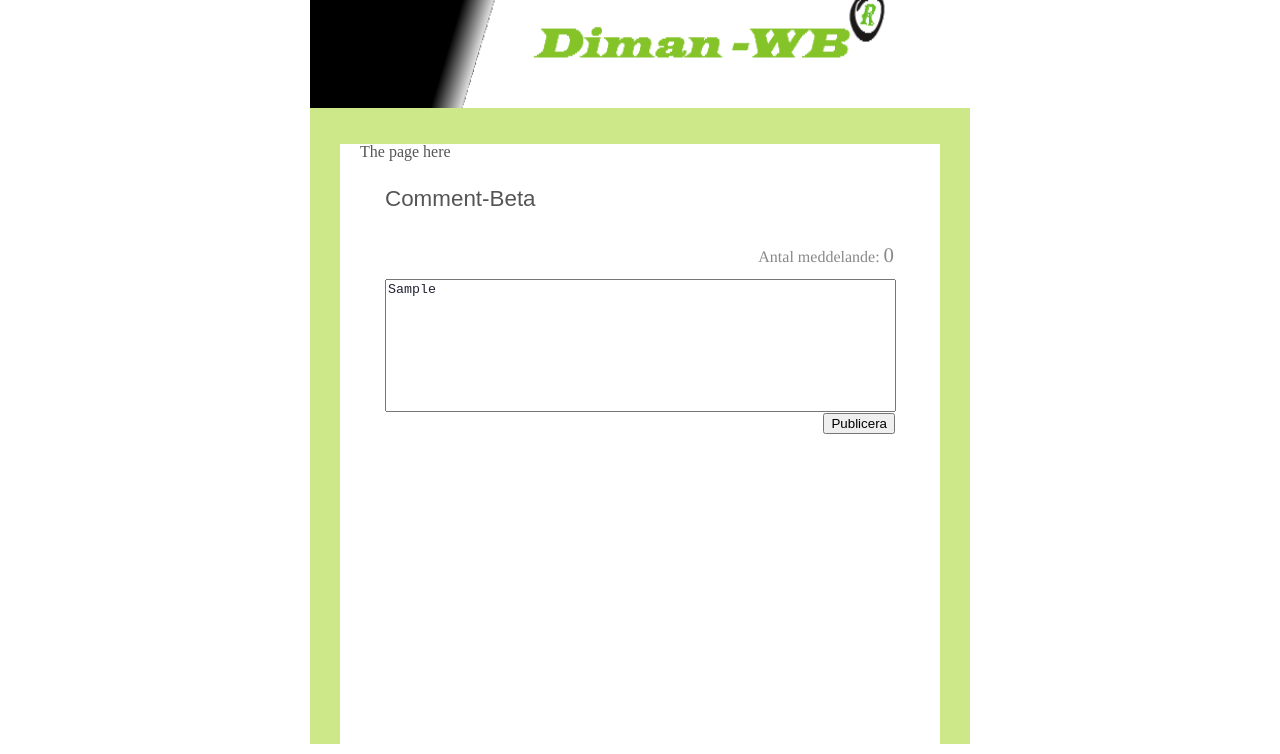
Repository: dn222em/1dv403-laborationer
Page: 2-labbymezzage/index.html
The author's editor kept a record of every edit. The page is drawn from the files as they stood at one moment, then again after the next edit.
The browser window is 1280 px wide. The pictures show the whole page.
Empty fields were first filled with sample values (such as "Sample", 5 or name@example.com).
After loading, the first visible `#publish-button` was clicked once.

Above is the page before.
Console error: TypeError: message.setId is not a function

### 2-labbymezzage/index.html
<!doctype html>
<html lang="sv">
<head>

        <meta charset="utf-8">
        <title>Labby mezzage</title>
        <link rel="stylesheet" href="style.css" />
        <script type="text/javascript" src="Message.js"></script>
        <script type="text/javascript" src="MessageBoard.js"></script>
</head>
<body>
    <div id="container">
        <header>
			<h1>Blogg</h1>
		</header>
    <main>
        <div id="page">
            The page here
             <div class="main-comment">
 <h3 class="comment-title">Comment-Beta</h3>
                <div id="comments-list" class="comments-list">
                     <ul id="comment-holder" class="comment-holder">
                     </ul>

                </div>

         </div>
    <p id="count-comments" class="count-comments">Antal meddelande: <code id="count-length" class="count-length">0</code></p>
         <div class="comment-box">
            <textarea  name="kommentar" id="comment-box"></textarea>
         </div>
         <div id="comment-publish-button">
             <input id="publish-button" type="button" name="submit" value="Publicera" />
         </div>
             </div>
    </main>
    </div>
</body>

</html>

### 2-labbymezzage/style.css
/*Reset-styleshhet
-----------------------------------------------------------------------------*/
/* http://meyerweb.com/eric/tools/css/reset/
   v2.0 | 20110126
   License: none (public domain)
*/

html, body, div, span, applet, object, iframe,
h1, h2, h3, h4, h5, h6, p, blockquote, pre,
a, abbr, acronym, address, big, cite, code,
del, dfn, em, img, ins, kbd, q, s, samp,
small, strike, strong, sub, sup, tt, var,
b, u, i, center,
dl, dt, dd, ol, ul, li,
fieldset, form, label, legend,
table, caption, tbody, tfoot, thead, tr, th, td,
article, aside, canvas, details, embed,
figure, figcaption, footer, header, hgroup,
menu, nav, output, ruby, section, summary,
time, mark, audio, video {
	margin: 0;
	padding: 0;
	border: 0;
	font-size: 100%;
	font: inherit;
	vertical-align: baseline;
}
 HTML5 display-role reset for older browsers
article, aside, details, figcaption, figure,
footer, header, hgroup, menu, nav, section {
	display: block;
}
body {
	line-height: 1;
}
ol, ul {
	list-style: none;
}
blockquote, q {
	quotes: none;
}
blockquote:before, blockquote:after,
q:before, q:after {
	content: '';
	content: none;
}
table {
	border-collapse: collapse;
	border-spacing: 0;
}
/*End of Reset - stylesheet
--------------------------------------------------------------------
/*CSS -Stylesheet
======================================================================================================*/
#container{
    width: 660px;
    height:auto;
	background-color:#cce889;/*#c2d8fc;*/
	margin:0 auto;
	padding:0;
	background-image:url("pics/20.png");
	background-repeat:no-repeat;
	background-size:660px 130px;
	margin-top:-22px;

}


h1{
	margin-bottom:50px;
}

/*body{
	background-color:#FFF;
}*/
main {

	background-color: #FFF;
	width: 600px;
	margin:10px auto 10px auto;
	height:600px;
	margin-top:150px;
}

.comment-paragraf{
	width:500px;
	margin:2px;
}
/*=======================================================p - total comments*/
.count-comments{
	font-size:1em;
	font-family:'Times';
	float:right;
	margin-right:26px;
	margin-bottom:-2px;
	color:#888;
}

.count-length{
	font-size:1.3em;

}

/*=========================================================page*/
#page{
	width:auto;
	height:auto;
	color:#555;
	margin:20px;
	border-bottom:1px solid #e1e1e1;
	border:none;

}

/*==========================================================comment area*/
.main-comment{
	margin:20px;
	width:auto;
	height:auto;
	color:#444;

}

.comment-title{
	height:45px;
	line-height:37px;
	font-size:1.4em;
	font-family:'Arial';
	margin:0 5px 0 5px;
	color:#555;

}

/*====================================================posted comments*/
.comments-list{
	font-size:1em;
	font-family:'Times';
	margin:10px 5px 10px 5px;
	color:#555;
	color:#766;

}

#comment-holder{
	list-style-type:none;
	margin:0px;
	padding:0px;
	width:auto;
	height:auto;
}


.comment-holder-li{
	list-style-type:none;
	margin:5px 0px 5px 0px;
 	border:1px solid black;/*#e1e1e1;*/
 	padding-left:5px;
 	padding-right:5px;
	background-color:#cce889;
	min-height:80px;
	display:block;


}

.comment-holder-li:hover{
	background-color:#FDB;
}

/*=======================================================date*/
.comment-date{
	float:right;
}

.writen-date{

	font-family:Arial;
	color:red;
	font-size:0.7em;
	float:right;
	position: relative;
	margin-right:18px;
	padding-top:10px;
	margin-top:-25px;

}


/*========================================================buttons*/

.comment-upp-buttons ul{
    margin: 10px;
    padding: 5px;

}

.comment-upp-buttons li{

   	width: 60px;
    display: inline;
    border:none;
	list-style-type: none;
	padding: 10px;


}

.date-button, .delete-button{
	width: 60px;
    display: inline;
	float:right;
	position: relative;
	width:24px;
	height:24px;
	top:-10px;
	cursor:pointer;


}

.date-button:hover{
	-webkit-transform: scale(1.2);
    -moz-transform: scale(1.2);
    transform: scale(1.2);
}
.date-button:active{
	-webkit-transform: scale(1);
    -moz-transform: scale(1);
    transform: scale(1);
}

.delete-button:hover{
	-webkit-transform: scale(1.2);
    -moz-transform: scale(1.2);
    transform: scale(1.2);
}
.delete-button:active{
	-webkit-transform: scale(1.0);
    -moz-transform: scale(1.0);
    transform: scale(1.0);
}


/*==================================================comments textarea*/
.comment-box{
	height:130px;
	width:auto;
	margin:5px;
	margin-right:20px;
	margin-left:25px;
	margin-top:55px;
	min-height:100px;


}

#comment-box{
	width:98%;
	color:#223;/*#272426;*/
	height:98%;
	position:relative;
	resize:none;
	margin-top:-1px;

}

#comment-box:hover{
	border:2px solid #279521;
}

#comment-publish-button{
	margin-top:-2px;
	float:right;
	margin-right:25px;

}
#publish-button{
	cursor:pointer;
}

### 2-labbymezzage/Message.js
"use strict";

/* Denna "klass" skapar vi Message-objekt utifrån.
 * Vi kapslar in privata variabler med getters och setters.
*/
    function Message (message, date, id){

        this.getText = function(){ return this.message; };
        this.setText = function(_message){
            if(typeof _message === "undefined" || _message.trim() ==="" ){
                console.log("Textarean är tom!");
            }
            this.message = _message;};

        this.getNewDate = function(){ return this.date;};
        this.setNewDate = function(_date){ this.date = _date;};

        /*this.getId = function (){return this.id;};
        this.setId = function(_id){ return this.id = _id;};*/
    }

    Message.prototype.toString = function (){
        return this.getText();// +"<br/>"+"<br/>" +" (" + this.getNewDate() + ") ";
    };

### 2-labbymezzage/MessageBoard.js
"use strict";

/* I denna fil körs vår applikation.
 * Vi använder window.onload för att starta applikationen när
 * fönstret laddat klart. *
 */

var MessageBoard = {

    messages : [],

    count: 0,

    init : function (){

    var publish = document.getElementById("publish-button");
    publish.onclick = MessageBoard.createMessage;

    var shiftEnterKey = document.getElementById("comment-box");
    shiftEnterKey.onkeypress = function ( e) {

        if(e.keyCode == 13 && !e.shiftKey) {
            MessageBoard.createMessage();
            return false;

        }
        else if (e.keyCode == 13 && e.shiftKey) {
                //shiftEnterKey.value+='<br  />';//
            }
        };
    /*var enterKey = document.getElementById("comment-box");
    enterKey.onkeypress = function (e) {
        if(e.keyCode === 13){
            createMessage();
        }
    };*/
},


    createMessage:function (){

        var now = new Date();//.toLocaleString();
        var message = new Message();
    	var ul = document.getElementById("comment-holder");
    	var li = null;//document.createElement("li");
    	var div1 = null;
    	var div2 = null;
    	var div3 = null;
    	var div4 = null;
    	var div5 = null;
    	var div6 = null;
    	var div7 = null;
    	var div8 = null;
    	var p = null;
        var paragr = document.getElementById("count-comments");
        var messageBirth;
        var subText = null;
        var emptyLine = null;
        var idCounter = MessageBoard.count;
        getMessage();


        function getMessage(){

		message.setText(document.getElementById("comment-box").value);

		if(message.message === "" || document.getElementById("comment-box").value.trim() ===""){
            document.getElementById("comment-box").style.backgroundColor =" #e1e1e1";
            document.getElementById("comment-box").style.border="1px solid red";
            document.getElementById("comment-box").value = "Du måste skriva något för att kommentera";

            var delay=1000;

            setTimeout(function(){
                document.getElementById("comment-box").style.backgroundColor ="white";
                document.getElementById("comment-box").style.border = "1px solid #cce889";
		        document.getElementById("comment-box").value = "";
            },delay);
		return;
		}

		message.setNewDate(now);
		if(MessageBoard.shiftEnterKey){
            subText = message.toString();
            emptyLine = subText.replace(/[\n\r]/g, "<br/>");
            message.setText(emptyLine);
		}
		++idCounter;
		//message.id = "message No"+idCounter;
		message.setId("message No"+idCounter);
	    MessageBoard.messages.push(message);
		createElements(message);
		emptyBox();
		MessageBoard.count++;
        return message;

    }

    function emptyBox(){
    document.getElementById("comment-box").value="";
	var boxNew =document.getElementById("comment-box").value;
    boxNew.trim();

    }

    function createElements(message){

        div6 = document.getElementsByClassName("count-length");
	    while(div6[0]) {
         div6[0].parentNode.removeChild(div6[0]);
        }

	    li = document.createElement("li");
    	document.getElementsByClassName("comment-holder")[0];//.appendChild(li);
    	//li.innerHTML = message.message;//toString();//message.message;
        li.className ="comment-holder-li";
	    li.id = idCounter+"li";

	    ul.appendChild(li);

    	ul.insertBefore(li, ul.childNodes[0]);

        p=document.createElement("p");
        document.getElementById(li.id).appendChild(p);
        p.className ="comment-paragraf";
        li.appendChild(p);
        p.innerHTML = message.message;

	    div1 = document.createElement("div");
        document.getElementById(li.id).appendChild(div1);
        //document.getElementsByClassName("comment-holder-li")[0];
        div1.className = "comment-upp-buttons";
        div1.id = idCounter+"comment-upp-buttons";
        div1.innerHTML;
        li.appendChild(div1);

        div2 = document.createElement("ul");
        document.getElementById(div1.id).appendChild(div2);
        //document.getElementsByClassName("comment-upp-buttons")[0];
        div2.id = idCounter+"ul2";
        div2.innerHTML;
        div1.appendChild(div2);

        div3 = document.createElement("li");
        document.getElementById(div2.id).appendChild(div3);
        div3.id = idCounter+"li2";
        div3.innerHTML;
        div2.appendChild(div3);

        div4 = document.createElement("img");
        document.getElementById(div3.id).appendChild(div4);
        div4.id = idCounter+"date-button";
        div4.className = "date-button";
        div4.innerHTML;
        div3.appendChild(div4);
        div4.setAttribute("src", "pics/TIMER.png");
        div4.setAttribute("onClick", "");
        //div4.onclick = showDate;
        div4.addEventListener("click", showDate);

        div5 = document.createElement("img");
        document.getElementById(div4.id).appendChild(div5);
        div5.className ="delete-button";
        div5.id =idCounter+ "delete-button";
        div3.appendChild(div5);
        div5.innerHTML;
        div5.setAttribute("src", "pics/DELETE.png");
        div5.setAttribute("onClick", "");
        //div5.onclick = deleteMessage;
        div5.addEventListener("click", deleteMessage);


        div8 = document.createElement("div");
        document.getElementsByClassName(li.id)[1];//.appendChild(div8);
        div5.appendChild(div8);
        div8.id = idCounter+"comment-date";
        div8.className ="comment-date";
        li.appendChild(div8);

        div7 = document.createElement("code");
        document.getElementById(div8.id).appendChild(div7);
        div7.className = "writen-date";
        div7.id = idCounter+"writen-date";
        div8.appendChild(div7);
        div7.innerHTML= showTime(message.date);


        div6 = document.createElement("code");
        document.getElementById("count-comments").appendChild(div6);
        div6.id = idCounter+"count-length";
        div6.className = "count-length";
        paragr.appendChild(div6);

        div6.innerHTML= MessageBoard.messages.length;
    }

    function showTime(str){


        str  = message.date;

		//Create a new date-object to find the exact day.
	    messageBirth = new Date((-(-str - now))-now );

        var hours = messageBirth.getHours();
        var minutes = messageBirth.getMinutes();
        var seconds = messageBirth.getSeconds();

        //messageBirth.getHours()+":"+messageBirth.getMinutes()+":"+messageBirth.getSeconds()
        if(hours < 10){
            hours ="0"+hours;
        }
        if (minutes < 10){
            minutes="0"+minutes;
        }
        if(seconds < 10){
            seconds ="0"+seconds;
        }
        var time = hours+":"+minutes+":"+seconds;
        return time;

    }

    function showDate(str){

         str  = message.date;
         var timeNew = showTime(str);

        //Create two Arrays with Swedish names for days and months!
		var dayName=["Söndag", "Måndag", "Tisdag", "Onsdag", "Torsdag", "Fridag", "Lördag"];
		var monthName=["Jenuari", "Februari", "Mars","April", "Maj", "Juni", "Juli", "Augusti", "September", "Oktober", "November", "December"];


		//Create a new date-object to find the exact day.
	    messageBirth= new Date((-(-str - now))-now );

	    var dateCreation = dayName[messageBirth.getDay()] +" "+messageBirth.getDate()+ " "+monthName[messageBirth.getMonth()]+" "+messageBirth.getFullYear() +"   ";
		//Precentate date and time
        var str1 = "Meddelandet skapades " +dateCreation+timeNew;
        alert(str1);
    }


   function deleteMessage(str){


        //var a = str.target.nodeName;
        var a = str.target.id;
        var b =a.replace('delete-button','');
        var c = b +"li";
        var e = "message No"+b;
        var d = confirm("Vill du verkligen radera meddelandet?");
        var index = document.getElementById("comment-box").value;
        console.log(index);


        if (d){
            div6.innerHTML =  MessageBoard.messages.length-1;
            for(var i = 0; i < MessageBoard.messages.length; i++) {

                if(MessageBoard.messages[i].id === e){
                    console.log(i);
                    index =i;
                    break;
                }
            }

            var x = document.getElementById(c);
            x.remove(x.selectedIndex);
            MessageBoard.messages.splice(index,1);
        }
   }
   console.log(MessageBoard.messages.length);
  console.log(MessageBoard.messages);

}

};

// Här ser vi till att starta applikationen när fönstret laddat klart.
window.onload = MessageBoard.init;

After the next edit:
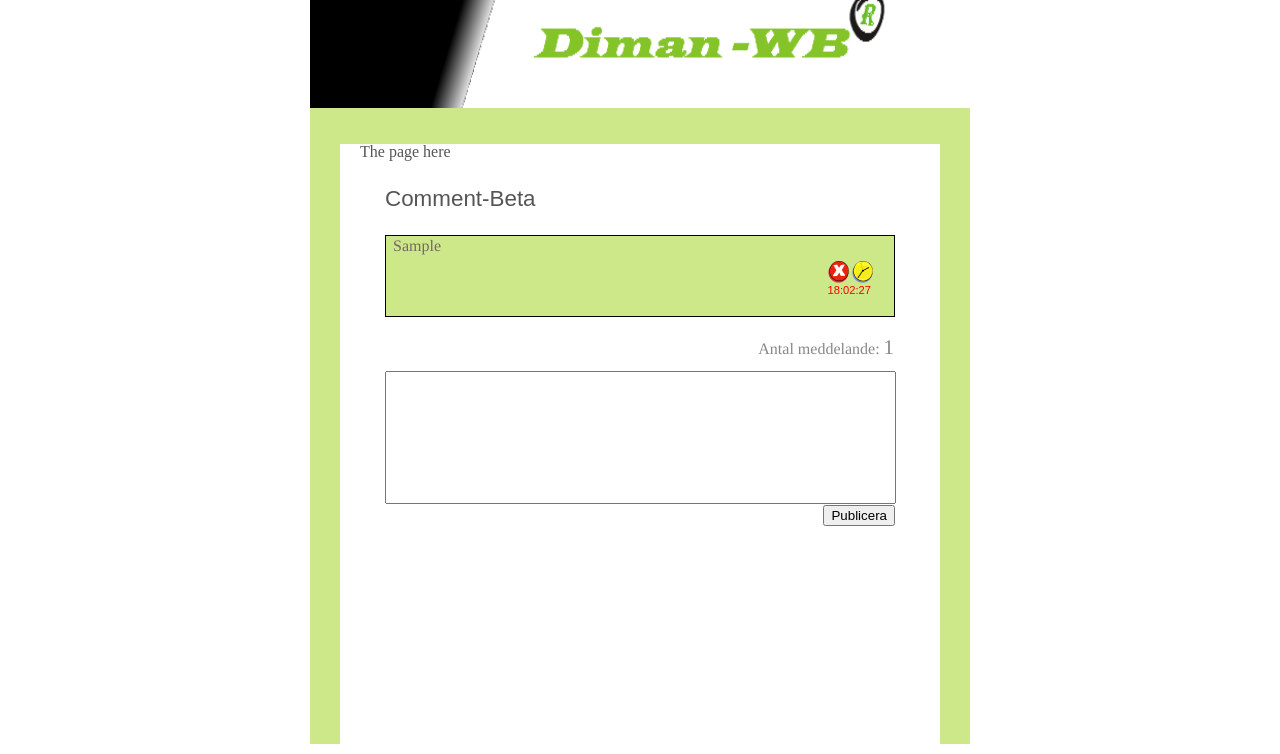
The error is gone.
The edit:
--- a/2-labbymezzage/Message.js
+++ b/2-labbymezzage/Message.js
@@ -15,8 +15,8 @@
         this.getNewDate = function(){ return this.date;};
         this.setNewDate = function(_date){ this.date = _date;};
 
-        /*this.getId = function (){return this.id;};
-        this.setId = function(_id){ return this.id = _id;};*/
+        this.getId = function (){return this.id;};
+        this.setId = function(_id){ return this.id = _id;};
     }
 
     Message.prototype.toString = function (){
